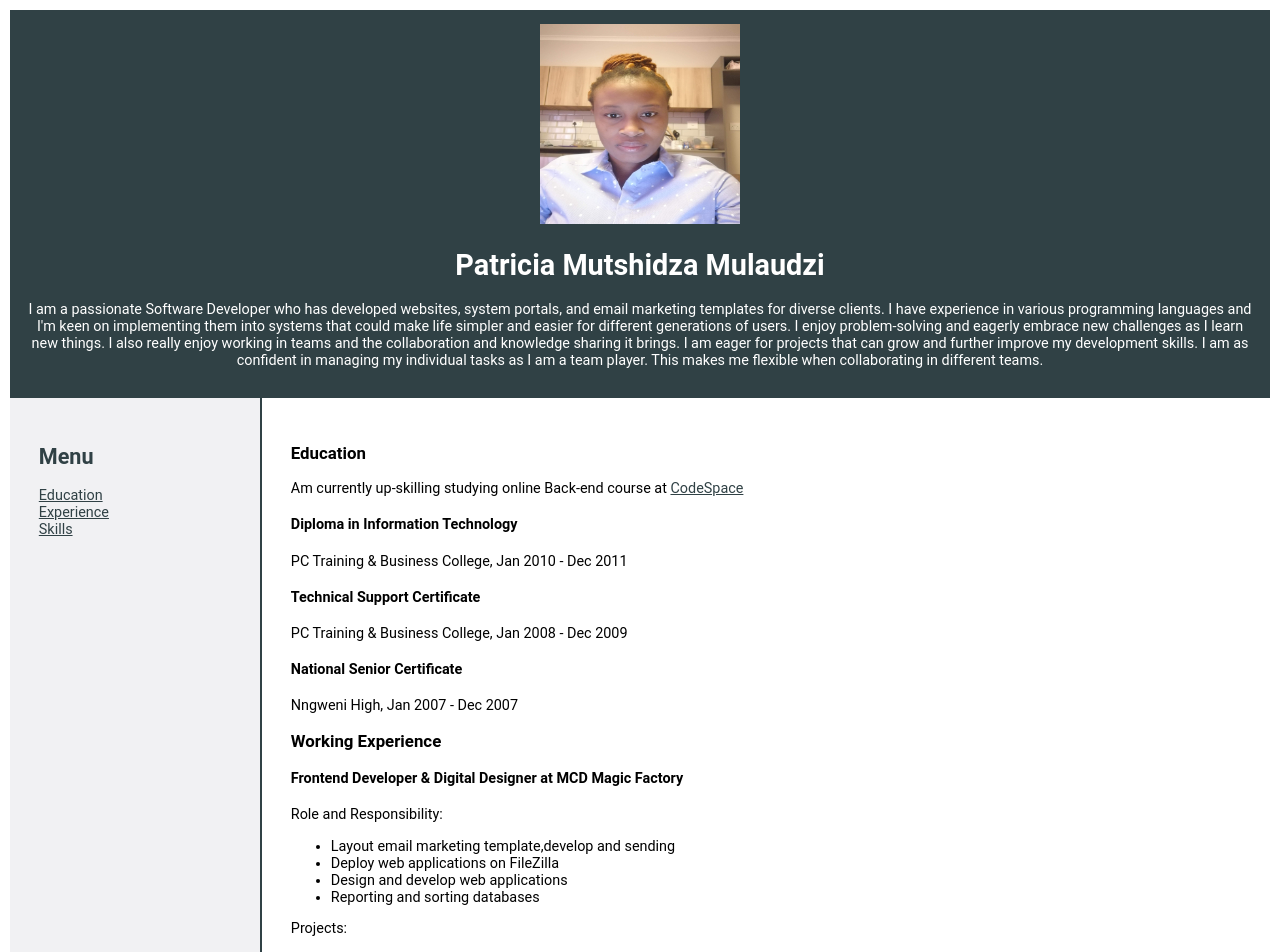
Repository: Patricious/Digital-Resume-01
Page: index.html
These files come from the project's save history. The page is drawn as it stood at one moment and after the next save; the edit follows.
The browser window is 1280 px wide. The pictures show the part of the page from y = 0 to 952 px (the page is 2205 px tall before and 2435 px after).
A picture or video elsewhere on the page could not be fetched, so the positions and the page height are approximate.

Above is the page before, as saved 2021-08-23 10:51:57.

### index.html
<!DOCTYPE html>
<html>

<head>
    <title>Patricia Digital Resume</title>
    <link rel="stylesheet" type="text/css" href="css/stylesheet.css">
</head>

<body>

    <header>
        <img src="img/IMG_20200502_085519.jpg" alt="profile" width="200" height="200" />
        <h1>Patricia Mutshidza Mulaudzi</h1>
        <p>I am a passionate Software Developer who has developed websites, system portals, and email marketing templates for diverse clients. I have experience in various programming languages and I'm keen on implementing them into systems that could make
            life simpler and easier for different generations of users. I enjoy problem-solving and eagerly embrace new challenges as I learn new things. I also really enjoy working in teams and the collaboration and knowledge sharing it brings. I am
            eager for projects that can grow and further improve my development skills. I am as confident in managing my individual tasks as I am a team player. This makes me flexible when collaborating in different teams.</p>
    </header>
    <aside>
        <h2>Menu</h2>
        <ul class="nav">
            <li>
                <a href="#education">Education</a>
            </li>
            <li>
                <a href="#experience">Experience</a>
            </li>
            <li>
                <a href="#skills">Skills</a>
            </li>

        </ul>
    </aside>
    <section>
        <article>
            <h3 id="#education"> <span>Education</span>
            </h3>
            <p> Am currently up-skilling studying online Back-end course at
                <a href="https://www.codespace.co.za/courses/?matchtype=b&device=c&keyword=codespace&adgroupid=81088003381&utm_campaign=8148639553&utm_source=google&utm_medium=cpc&gclid=EAIaIQobChMIkP_7q8bG8gIV1uvtCh0w7A1-EAAYASAAEgL34vD_BwE"> CodeSpace</a>
            </p>

            <h4>Diploma in Information Technology </h4>

            <p>PC Training & Business College, Jan 2010 - Dec 2011</p>
            <h4>Technical Support Certificate </h4>


            <p>PC Training & Business College, Jan 2008 - Dec 2009</p>

            <h4>National Senior Certificate</h4>


            <p>Nngweni High, Jan 2007 - Dec 2007</p>


            <h3 id="#experience"> Working Experience</h3>
            <h4>Frontend Developer & Digital Designer at MCD Magic Factory
            </h4>
            <p>Role and Responsibility:</p>
            <ul>
                <li>Layout email marketing template,develop and sending</li>
                <li> Deploy web applications on FileZilla</li>
                <li>Design and develop web applications</li>
                <li>Reporting and sorting databases</li>
            </ul>
            <p>Projects:</p>
            <ul>
                <li>GreenWorxs (WordPress)</li>
                <li>Multi-flor and DRA Global (Umbraco CMS, HTML 5, JavaScript,Angular 7, Bootstrap and CSS 3)</li>
                <li>Verifone (Drupal CMS)</li>
                <li>Sokonetech and RA Print (HTML 5, JavaScript,Angular 4, Bootstrap and CSS 3)</li>
                <li>MFC Motorlink Portal (HTML 5, JavaScript,ReactJs, Bootstrap, CSS 3 and Firebase)</li>
            </ul>

            <h4>Junior Frontend Developer at Wizzit International
            </h4>
            <p>Role and Responsibility:</p>
            <ul>
                <li>Develop and maintain banking and internet banking portals/systems</li>
                <li>Project support, Deployment, Bug fixes and Manual Testing</li>

            </ul>
            <p>Projects:</p>
            <ul>
                <li>UBank and Bank of Botswana portals that cater for almost all queries that are handled at the banks; like opening new accounts, customer registrations for mobile and internet banking, managing users with different tasks on the system, security
                    queries like banking pins and user/customers passwords, managing credit limits, etc.(AngularJS, JavaScript, Angular Material, Bootstrap, NodeJS, and HTML/CSS)</li>
            </ul>

            <h4>Ruby on Rails - Intern at Sable Assets
            </h4>
            <p>Role and Responsibility:</p>
            <ul>
                <li>Systems Design Document, Add new features Upgrade and maintain s legacy system (Papyrus, Cucumber, Ruby on Rails, Git, JavaScript, CSS and HTML5)</li>

            </ul>
            <p>Projects:</p>
            <ul>
                <li>Department of Housing System</li>
            </ul>

            <h4>Tibco Intergration - Intern at Coralite
            </h4>
            <p>Role and Responsibility:</p>
            <ul>
                <li>Develop web services applications to deployment (TIBCO BusinessWorks 5 & 6, SoapUI, JSON and Java)
                </li>
                <li>Database design (PostgreSQL)</li>
                <li>Developing organisational models (TIBCO BPM, UML and JavaScript)</li>
            </ul>


            <h3 id="#skills">Skills And Interest</h3>
            <p>Skills</p>
            <ul>
                <li>AngularJS to Angular 11</li>
                <li>Html5, Css3 and Bootstrap</li>
                <li>ReactJs, JavaScript, TypeScript, NodeJS and Firebase</li>
                <li>Adobe Photoshop, Dreamweaver, XD and InDesign</li>
            </ul>
            <p>Interest </p>
            <ul>
                <li>Travelling and outdoor activities</li>
            </ul>
        </article>
    </section>
    <footer>
        <h2>Contact Details</h2>
        <a href="https://www.linkedin.com/in/patricia-mulaudzi-93b526101/"><img src="In.jpeg" alt="LinkedIN"></a>
        <a href=""><img src="fb.png" alt="Facebook"></a>
        <a href="mailto:mulaudzi689@gmail.com"><img src="Gm.png" alt="Gmail"></a>
    </footer>
</body>

</html>

### css/stylesheet.css
body {
    font-family: 'Roboto', sans-serif;
    font-size: 90%;
    background-color: #ffffff;
    margin: 10px;
}

header {
    text-align: center;
    background-color: #304145;
    color: #ffffff;
    padding: 1em;
}

aside {
    background-color: #F1F1F3;
    color: #304145;
    width: 15%;
    padding: 2em;
    height: 100%;
    float: left;
    position: absolute;
    flex: 0 0 auto;
}

.nav {
    list-style-type: none;
    margin: 0;
    padding: 0;
}

a {
    color: #304145;
}

section {
    float: right;
    margin-left: 20%;
    background-color: #ffffff;
    flex: 1 1 auto;
    padding: 2em;
}

footer {
    background-color: #304145;
    text-align: center;
    color: #ffffff;
    padding: 1em;
}

After the next save:
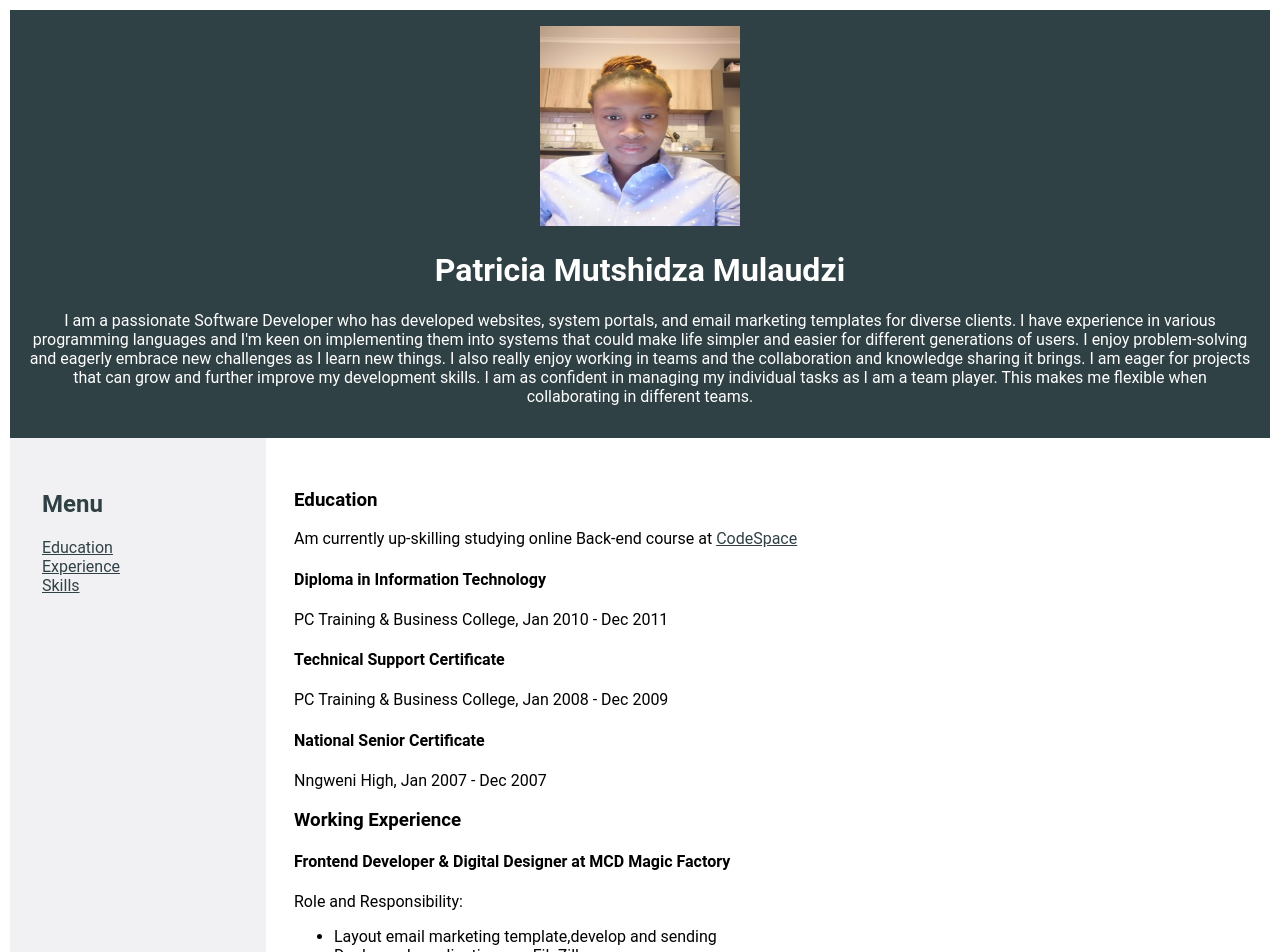
Saved 56 s later.
--- a/css/stylesheet.css
+++ b/css/stylesheet.css
@@ -1,6 +1,6 @@
 body {
     font-family: 'Roboto', sans-serif;
-    font-size: 90%;
+    font-size: 100%;
     background-color: #ffffff;
     margin: 10px;
 }
